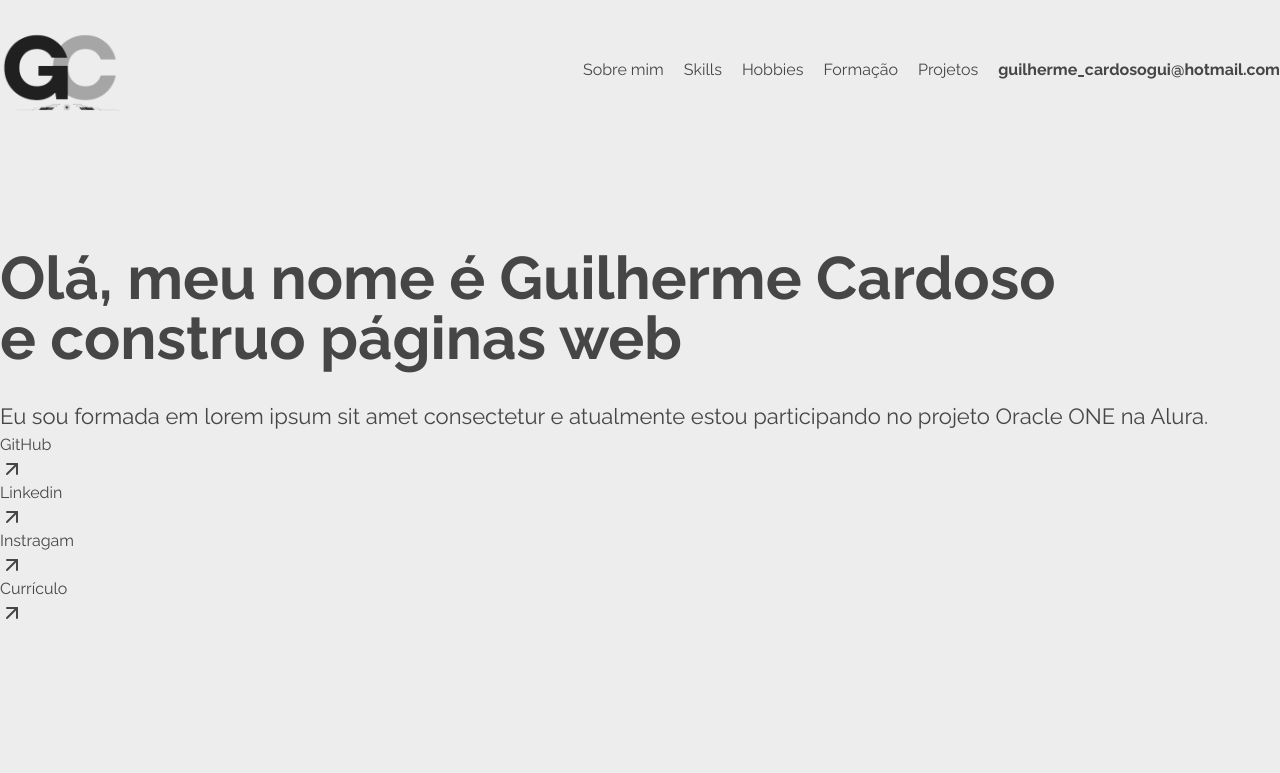
Repository: guilhermecardoso93/portfolio-alura-desafio
Page: /
The author's editor kept a copy of each file at every save. The page is drawn from the files as they stood at one save, then again after the next save.
The browser window is 1280 px wide. The pictures show the whole page.
The project was rebuilt for these pictures with package versions that can differ from the ones it lists, and the page was loaded fresh each time. Also part of the build but not shown: vite.config.js.

Above is the page before, as saved 2024-04-06 20:09:37.

After the next save:
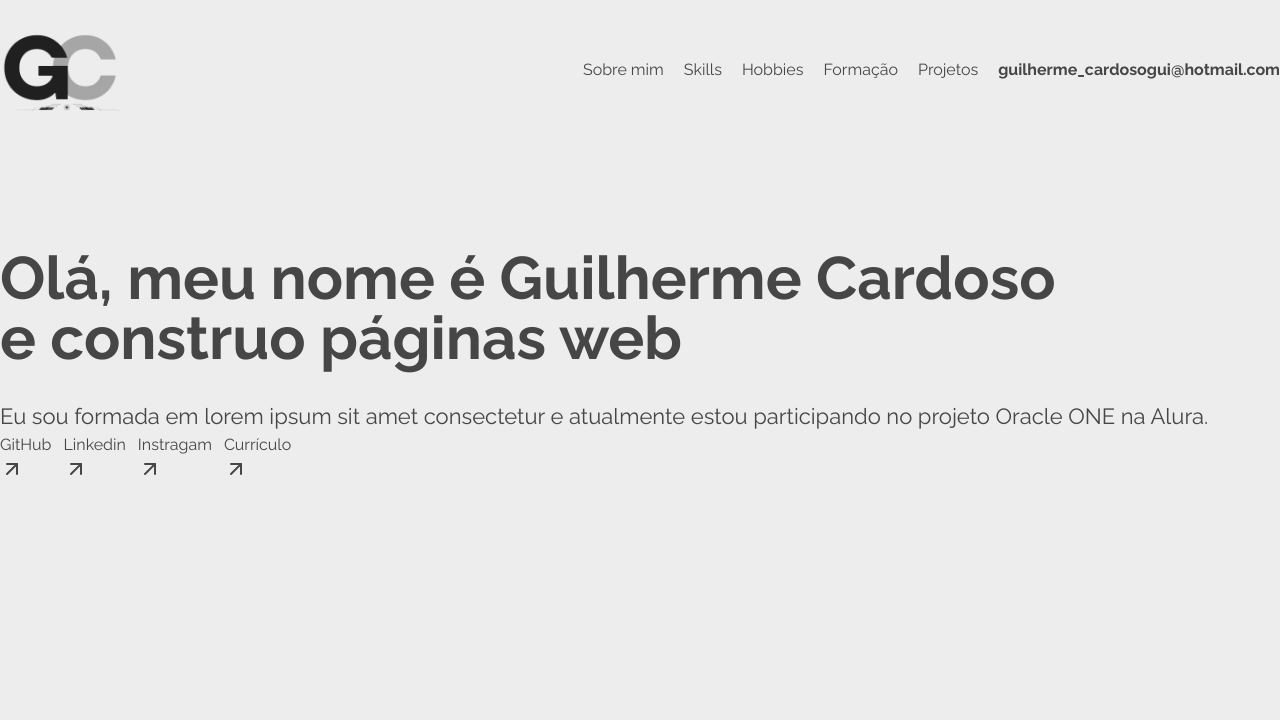
Saved 16 s later.
--- a/src/components/hero.jsx
+++ b/src/components/hero.jsx
@@ -12,7 +12,7 @@
           Eu sou formada em lorem ipsum sit amet consectetur e atualmente estou
           participando no projeto Oracle ONE na Alura.
         </span>
-        <ul>
+        <ul className="flex flex-row gap-3">
           <li>
             <a>
               GitHub
